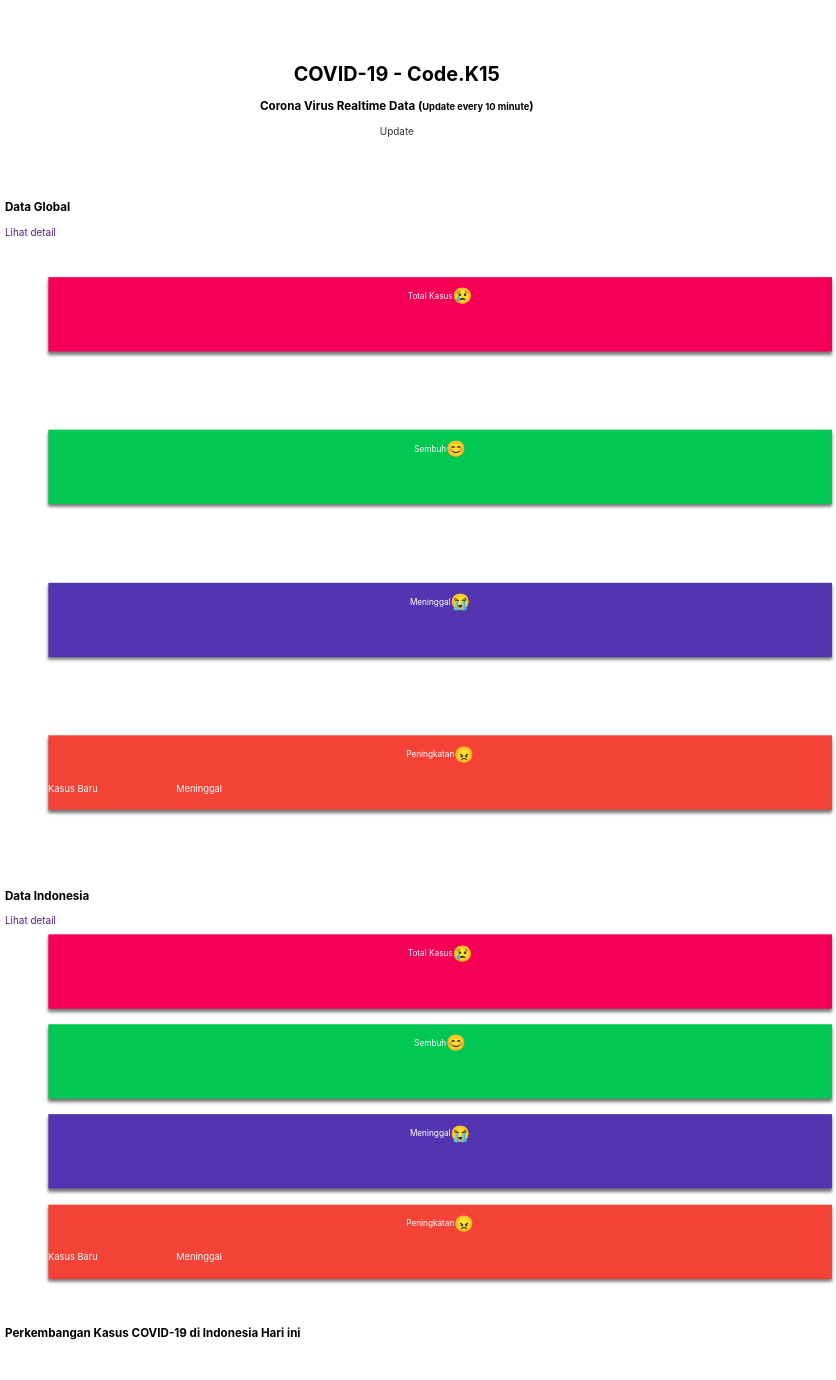
Repository: fathur15/covid19-monitoring
Page: http://localhost/covid19/apps/views/data/main/dashboard.php
The author's editor kept a copy of each file at every save. The page is drawn from the files as they stood at one save, then again after the next save.
The browser window is 1280 px wide. The page is 1348 px wide, so the pictures cover 1348 px, including what lies to the right of the window. The pictures show the whole page, at 62% of full size.
The page is run by PHP 8.4 with error messages shown; the project is at /var/www/html/.

Above is the page before, as saved 2020-04-17 11:43:08.

### apps/views/data/main/dashboard.php

<style>
    * :not(.emot){
        font-family: -apple-system, BlinkMacSystemFont, 'Segoe UI', Roboto, Oxygen, Ubuntu, Cantarell, 'Open Sans', 'Helvetica Neue', sans-serif
    }
    .resume p, h5{
        color: white;
        font-weight: 400;
    }
    .shadow-box{
        -webkit-box-shadow: 0 15px 10px #777;
        -moz-box-shadow: 0 15px 10px #777;
        box-shadow: 0 5px 5px #777;

    }
    .content-main-wrapper{
        margin: 5% 0;
    }
    /* .shadow-box:after{
        -webkit-transform: rotate(3deg);
        -moz-transform: rotate(3deg);
        -o-transform: rotate(3deg);
        -ms-transform: rotate(3deg);
        transform: rotate(3deg);
        right: 10px;
        left: auto;
    } */

</style>
<div class="content">
    <div class="heading" style="margin: 100px 30%; text-align: center">
        <h1>COVID-19 - Code.K15</h1>
        <h3>Corona Virus Realtime Data (<small style="font-size: 15px">Update every 10 minute</small>)</h3>
        <p id="date-update" style="color: #353030;">Update</p>
    </div>
    <div class="main">
        <div class="container">
            <div class="row content-main-wrapper">
                <div class="head-main-content">
                    <h3>Data Global</h3>
                    <a style="text-decoration: none" href="">Lihat detail  <i class="fas fa-long-arrow-alt-right" aria-hidden="true"></i></a>
                </div>
                <div id="resumeGlobal" class="row resume" style="width: 100%; margin: 0 5%" >
                        <div class ="col-sm-12 col-md-6 col-lg-6 col-xl-3">
                            <div class="card shadow-box" style="display:inline-block; width: 100%; background: #f50057; margin:5% 0.5%; align-items: center; height: 120px ">
                                <div class="card-body">
                                    <div style="flex-direction: row; display: flex; justify-content: center; align-items: center">
                                        <h5 id="title-kasus-global" class="card-text">Total Kasus</h5>
                                        <span style="color: black; font-size: 25px; text-shadow: 0 0 0 yellow">&#x1F622</span>
                                    </div>
                                    <p class="card-text" id="kasus-global"></p>
                                </div>
                            </div>
                        </div>
                        <div class ="col-sm-12 col-md-6 col-lg-6 col-xl-3">
                            <div class="card shadow-box" style="display:inline-block; width:100%; background: #00c853; margin: 5% 0.5%; align-items: center; height: 120px ">
                                <div class="card-body">
                                    <div style="flex-direction: row; display: flex; justify-content: center; align-items: center">
                                        <h5 id="title-kasus-global" class="card-text">Sembuh</h5>
                                        <span style="color: black; font-size: 25px; text-shadow: 0 0 0 yellow">&#x1F60A</span>
                                    </div>
                                    <p class="card-text" id="sembuh-global"></p>
                                    <!-- <p style="">Orang</p> -->
                                </div>
                            </div>
                        </div>
                        <div class ="col-sm-12 col-md-6 col-lg-6 col-xl-3">
                            <div class="card shadow-box" style="display:inline-block; width: 100%; margin:5% 0.5%;height: 120px;align-items: center;  background :#5335b1">
                                <div class="card-body">
                                    <div style="flex-direction: row; display: flex; justify-content: center; align-items: center;">
                                        <h5 id="title-kasus-global" class="card-text">Meninggal</h5>
                                        <span class="emot" style="color: black; font-size: 25px; text-shadow: 0 0 0 yellow">&#x1F62D</span>
                                    </div>
                                    <p class="card-text" id="meninggal-global"></p>
                                    <!-- <p style="">Orang</p> -->
                                </div>
                            </div>
                        </div>
                        <div class ="col-sm-12 col-md-6 col-lg-6 col-xl-3">
                            <div class="card shadow-box" style="display:inline-block; width: 100%; margin:5% 0.5%; height: 120px; background: #f44336">
                                <div class="card-body">
                                    <div style="flex-direction: row; display: flex; justify-content: center; align-items: center;">
                                        <h5 id="title-kasus-global" class="card-text">Peningkatan</h5>
                                        <span style="color: black; font-size: 25px; text-shadow: 0 0 0 yellow">&#x1F620</span>
                                    </div>
                                    <div style="flex-direction: row; display: flex;">
                                        <p style="font-size: 15px">Kasus Baru</p>
                                        <p style="margin-left: 10%; font-size: 15px">Meninggal </p>
                                    </div>
                                    <div style="display: flex; margin-top: -9%">
                                        <p style="font-size: 15px" class="card-text" id="kasus-baru-global"></p>
                                        <p style="margin-left: 10%; font-size: 15px" class="card-text" id="meninggal-baru-global"></p>
                                    </div>
                                </div>
                            </div>
                        </div>
                    </div>
                </div>
            <div class="row content-main-wrapper" >
                <div class="head-main-content">
                    <h3>Data Indonesia</h3>
                    <a style="text-decoration: none" href="">Lihat detail  <i class="fas fa-long-arrow-alt-right" aria-hidden="true"></i></a>
                </div>
                 <div id="resumeIndonesia" class="row resume" style="width: 100%; margin: 0 5%;" >
                    <div class ="col-sm-12 col-md-6 col-lg-6 col-xl-3">
                        <div class="card shadow-box" style="width: 100%; background: #f50057; margin: 1% 0.5%; display: inline-block; align-items: center; height: 120px ">
                            <div class="card-body">
                                <div style="flex-direction: row; display: flex; justify-content: center; align-items: center">
                                    <h5 id="title-kasus-indonesia" class="card-text">Total Kasus</h5>
                                    <span style="color: black; font-size: 25px; text-shadow: 0 0 0 yellow">&#x1F622</span>
                                </div>
                                <p style="font-size: 14px" class="card-text" id="kasus-indonesia"></p>
                            </div>
                        </div>
                    </div>
                    <div class ="col-sm-12 col-md-6 col-lg-6 col-xl-3">
                        <div class="card shadow-box" style="width: 100%; background: #00c853; margin: 1% 0.5%; display: inline-block; align-items: center; height: 120px ">
                            <div class="card-body">
                                <div style="flex-direction: row; display: flex; justify-content: center; align-items: center">
                                    <h5 id="title-kasus-indonesia" class="card-text">Sembuh</h5>
                                    <span style="color: black; font-size: 25px; text-shadow: 0 0 0 yellow">&#x1F60A</span>
                                </div>
                                <p class="card-text" id="sembuh-indonesia"></p>
                            </div>
                        </div>
                    </div>
                    <div class ="col-sm-12 col-md-6 col-lg-6 col-xl-3">
                        <div class="card shadow-box" style="width: 100%; margin: 1% 0.5%; display: inline-block; height: 120px;align-items: center; background :#5335b1">
                            <div class="card-body">
                                <div style="flex-direction: row; display: flex; justify-content: center; align-items: center;">
                                    <h5 id="title-kasus-indonesia" class="card-text">Meninggal</h5>
                                    <span style="color: black; font-size: 25px; text-shadow: 0 0 0 yellow">&#x1F62D</span>
                                </div>
                                <p class="card-text" id="meninggal-indonesia"></p>
                            </div>
                        </div>
                    </div>
                    <div class ="col-sm-12 col-md-6 col-lg-6 col-xl-3">
                        <div class="card shadow-box" style="width: 100%; margin: 1% 0.5%; display: inline-block; height: 120px; background: #f44336">
                            <div class="card-body">
                                <div style="flex-direction: row; display: flex; justify-content: center; align-items: center;">
                                    <h5 id="title-kasus-indonesia" class="card-text">Peningkatan</h5>
                                    <span style="color: black; font-size: 25px; text-shadow: 0 0 0 yellow">&#x1F620</span>
                                </div>
                                <div style="flex-direction: row; display: flex;">
                                    <p style="font-size: 15px">Kasus Baru</p>
                                    <p style="margin-left: 10%; font-size: 15px">Meninggal </p>
                                </div>
                                <div style="display: flex; margin-top: -1%%">
                                    <p style="font-size: 15px" class="card-text" id="kasus-baru-indonesia"></p>
                                    <p style="margin-left: 10%; font-size: 15px" class="card-text" id="meninggal-baru-indonesia"></p>
                                </div>
                            </div>
                        </div>
                    </div>
                </div>
            </div>
            <div class="row content-main-wrapper" >
                <div class="head-main-content">
                    <h3>Perkembangan Kasus COVID-19 di Indonesia Hari ini</h3>
                </div>
            </div>
        </div>
    </div>
</div>

After the next save:
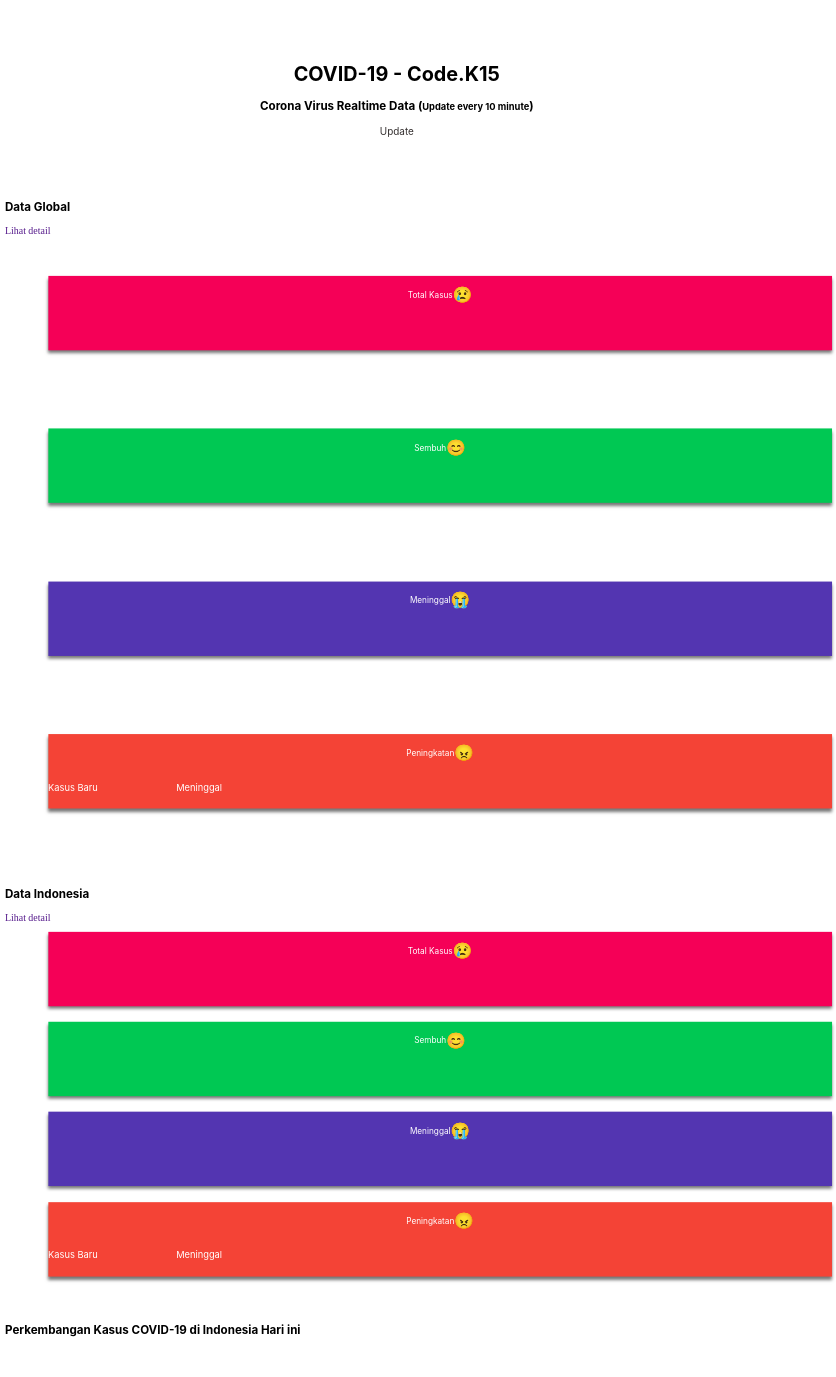
Saved 66 s later.
--- a/apps/views/data/main/dashboard.php
+++ b/apps/views/data/main/dashboard.php
@@ -1,6 +1,6 @@
 
 <style>
-    * :not(.emot){
+    h1,h2,h3,h4,h5,h6,p {
         font-family: -apple-system, BlinkMacSystemFont, 'Segoe UI', Roboto, Oxygen, Ubuntu, Cantarell, 'Open Sans', 'Helvetica Neue', sans-serif
     }
     .resume p, h5{
